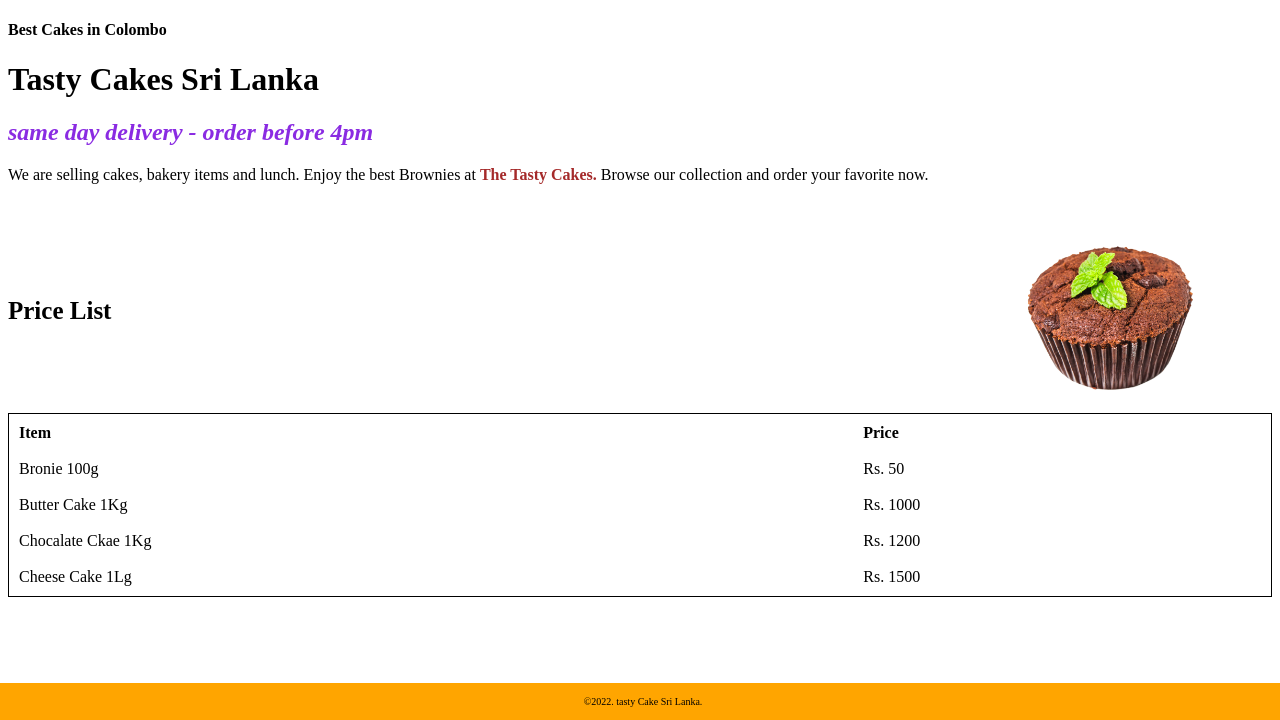
Repository: DhananjayaLakshan/Uom-Web_Design_For_Beginners
Page: work01/index.html
An editor plug-in stored every save of this project. The page is shown before and after the next save, followed by the edit.
The browser window is 1280 px wide. The pictures show the whole page.

Above is the page before, as saved 2023-11-24 18:32:15.

After the next save:
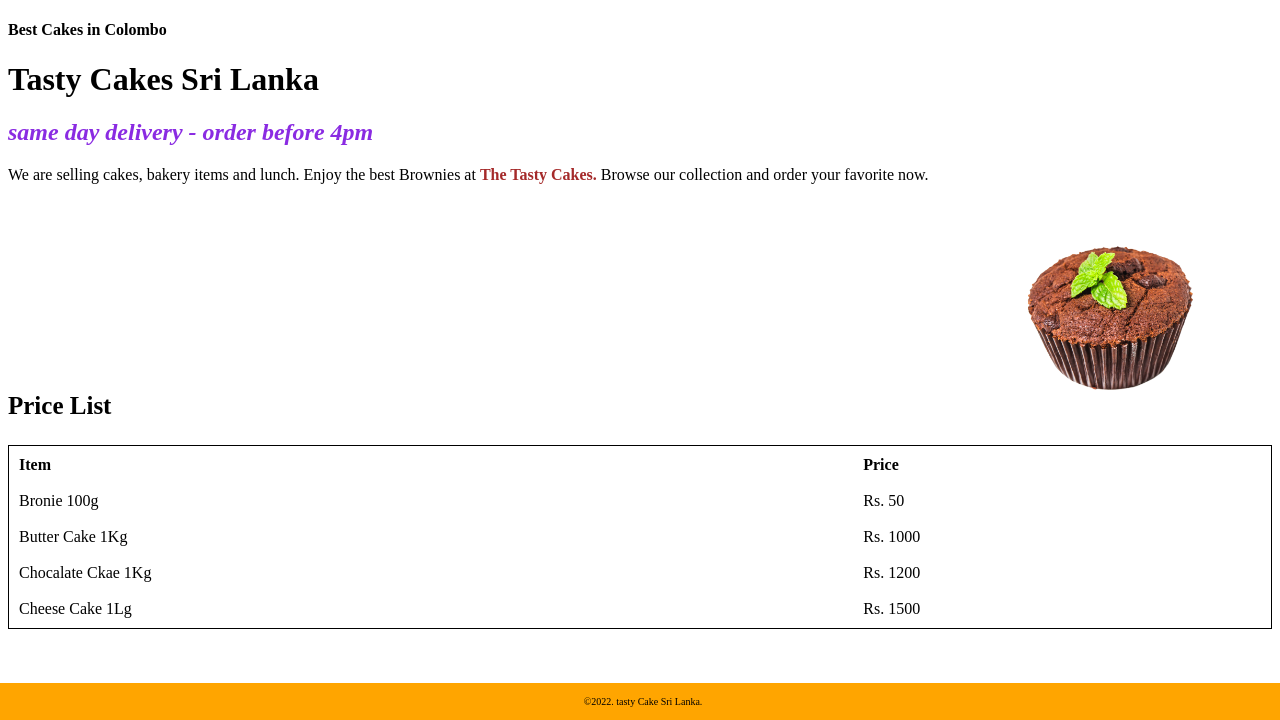
Saved 23 s later.
--- a/work01/styles.css
+++ b/work01/styles.css
@@ -8,6 +8,7 @@ img{
 }
 
 .pricetopic{
+    margin-top: 120px;
     font-size: 25px;
     font-weight: bold;
 }
